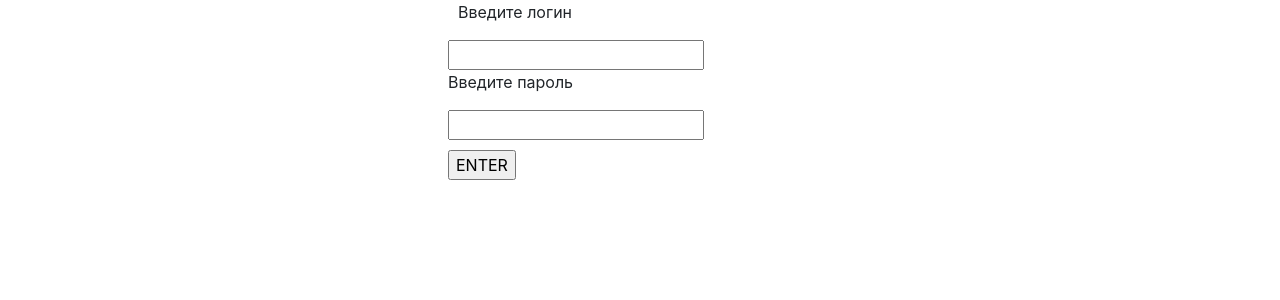
Repository: sMoonBeam/Labs
Page: MyList/WebContent/index.html
The author's editor kept a copy of each file at every save. The page is drawn from the files as they stood at one save, then again after the next save.
The browser window is 1280 px wide. The pictures show the whole page.

Above is the page before, as saved 2019-10-16 20:43:06.

### MyList/WebContent/index.html
<!DOCTYPE html>
<html>

<head>
<meta charset="UTF-8">
<title>LOGIN</title>
<link href="https://stackpath.bootstrapcdn.com/bootstrap/4.3.1/css/bootstrap.min.css" rel="stylesheet">
</head>
<body>
	<form  action="mylist" method="POST" style="margin-left: 35%;">
		<p style="margin-left:10px;">Введите логин</p>
		<input type="text" name="login" required/>
		<p>Введите пароль</p>
		<input type="text" name="password"/>
		<br>
		<input style="margin-top: 10px;" type="submit" value="ENTER"/>
	</form>
</body>
</html>

After the next save:
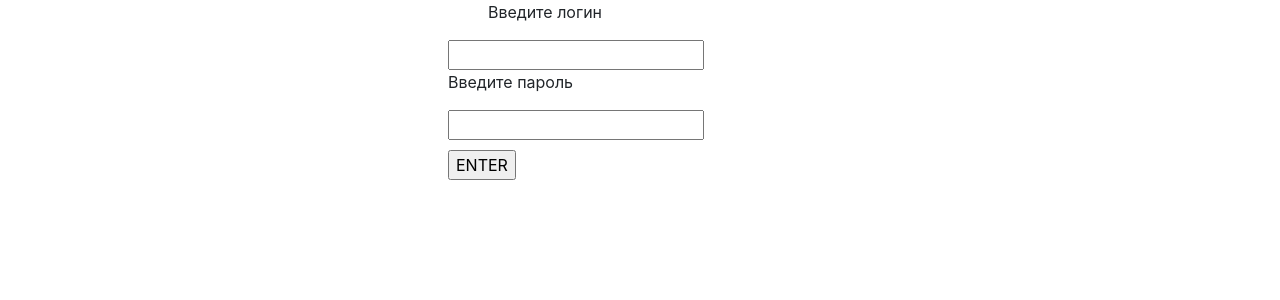
Saved 5 s later.
--- a/MyList/WebContent/index.html
+++ b/MyList/WebContent/index.html
@@ -8,7 +8,7 @@
 </head>
 <body>
 	<form  action="mylist" method="POST" style="margin-left: 35%;">
-		<p style="margin-left:10px;">Введите логин</p>
+		<p style="margin-left:40px;">Введите логин</p>
 		<input type="text" name="login" required/>
 		<p>Введите пароль</p>
 		<input type="text" name="password"/>
